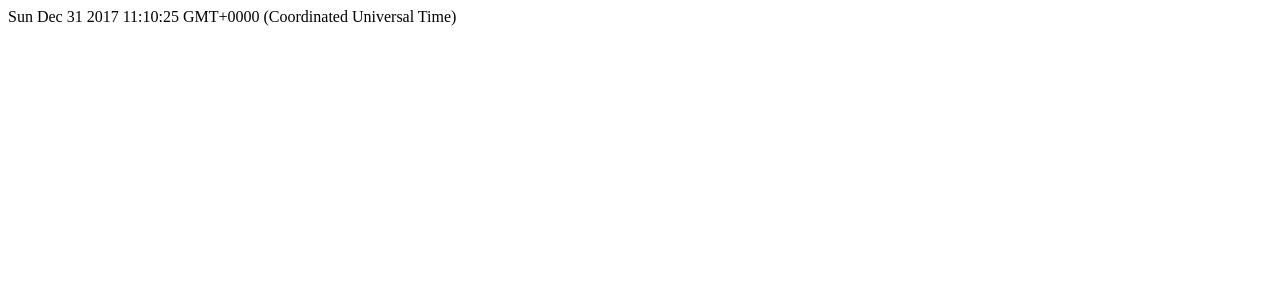
Repository: Kischa-hub/implement-Redux-from-scratch
Page: test.html
An editor plug-in stored every save of this project. The page is shown before and after the next save, followed by the edit.
The browser window is 1280 px wide. The pictures show the whole page.

Above is the page before, as saved 2021-02-10 16:28:30.

### test.html
<html>
  <head>
    <title>JavaScript setMinutes Method</title>
  </head>
  <body>
    <script>
      var dt = new Date("December 31, 2017 11:30:25");
      dt.setMinutes(dt.getMinutes() - 20);
      document.write(dt);
    </script>
  </body>
</html>

After the next save:
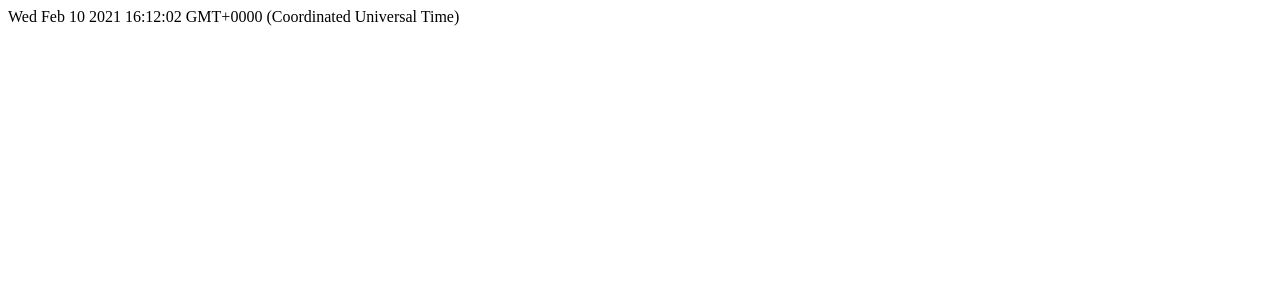
Saved 5 min 0 s later.
--- a/test.html
+++ b/test.html
@@ -4,7 +4,8 @@
   </head>
   <body>
     <script>
-      var dt = new Date("December 31, 2017 11:30:25");
+      //var dt = new Date("December 31, 2017 11:30:25");
+      var dt = new Date("2/10/2021, 4:32:02 PM");
       dt.setMinutes(dt.getMinutes() - 20);
       document.write(dt);
     </script>
